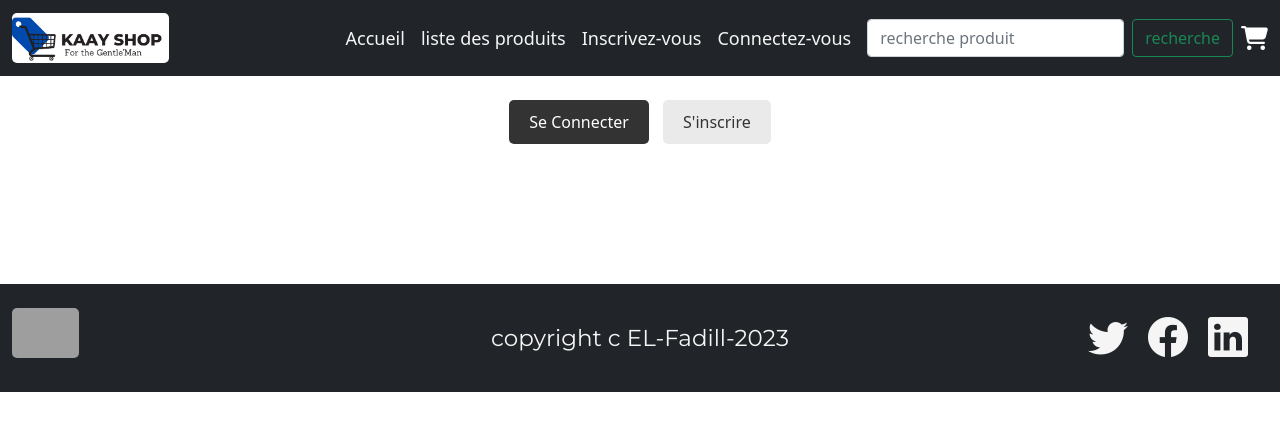
Repository: wadelfadill/Mini_projet_bootstrap_Site_vente_online
Page: registration.html
These files come from the project's save history. The page is drawn as it stood at one moment and after the next save; the edit follows.
The browser window is 1280 px wide. The pictures show the whole page.
Pictures or frames that could not be fetched are drawn as grey boxes. Some web libraries are served in a nearby version.

Above is the page before, as saved 2023-05-18 23:21:03.

### registration.html
<!DOCTYPE html>
<html lang="en">
<head>
    <!--======== Website icone =======-->
    <link rel="shortcut icon" href="assets/images/logo/cart-shopping-solid.svg" type="image/x-icon">
    <meta charset="UTF-8">
    <meta http-equiv="X-UA-Compatible" content="IE=edge">
    <meta name="viewport" content="width=device-width, initial-scale=1.0">
    <!--=========== Title of Website ============-->
    <title>KAAY-SHOP</title>

    <!--======== Bootstrap Links ===========-->
    <link href="https://cdn.jsdelivr.net/npm/bootstrap@5.1.3/dist/css/bootstrap.min.css" rel="stylesheet" integrity="sha384-1BmE4kWBq78iYhFldvKuhfTAU6auU8tT94WrHftjDbrCEXSU1oBoqyl2QvZ6jIW3" crossorigin="anonymous">
    <link rel="stylesheet" href="https://cdn.jsdelivr.net/npm/bootstrap-icons@1.10.5/font/bootstrap-icons.css">
    <!--========= CSS links ===============-->
    <link rel="stylesheet" href="assets/css/style.css">
    <link rel="stylesheet" href="assets/css/registration_style.css">
    <!--========= Google Fonts Links =========-->
    <link rel="preconnect" href="https://fonts.googleapis.com">
    <link rel="preconnect" href="https://fonts.gstatic.com" crossorigin>
    <link href="https://fonts.googleapis.com/css2?family=Montserrat:wght@400;700&family=Roboto:wght@100;400;700&display=swap" rel="stylesheet">
    <!--========== Google Font-Awesome Script  ==========-->
    <script src="https://kit.fontawesome.com/8f130c8a35.js" crossorigin="anonymous"></script>

</head>
<body>
    <!-- ========== Start Header Section ========== -->
    <header id="header">
        <nav class="navbar navbar-expand-lg navbar-dark bg-dark fixed-top">
            <div class="container-fluid">
              <a class="navbar-brand" href="#header"><img src="assets/images/logo/kAAY SHOP.png" alt="" class="img-fluid website_logo"></a>
              <button class="navbar-toggler" type="button" data-bs-toggle="collapse" data-bs-target="#navbarSupportedContent" aria-controls="navbarSupportedContent" aria-expanded="false" aria-label="Toggle navigation">
                <span class="navbar-toggler-icon"></span>
              </button>
              <div class="collapse navbar-collapse" id="navbarSupportedContent">
                <ul class="navbar-nav ms-auto mb-2 mb-lg-0 me-2">
                  <li class="nav-item">
                    <a class="nav-link active" aria-current="page" href="index.html">Accueil</a>
                  </li>
                  <li class="nav-item">
                    <a class="nav-link" href="list_product.html">liste des produits</a>
                  </li>
                  <li class="nav-item">
                    <a class="nav-link" href="registration.html">Inscrivez-vous</a>
                  </li>
                  <li class="nav-item">
                    <a class="nav-link" href="longin.html">Connectez-vous</a>
                  </li>
                </ul>
                <form class="d-flex">
                  <input class="form-control me-2" type="search" placeholder="recherche produit" aria-label="Search">
                  <button class="btn btn-outline-success" type="submit">recherche</button>
                </form>
                <div class="market-icone ms-2">
                    <i class="fa-solid fa-cart-shopping fa-xl" style="color: #ffffff;"></i>
                </div>
              </div>
            </div>
        </nav>
    </header>
    <!-- ========== End Header Section ========== -->
    <!--==================================================-->
   <!-- ========== Start Main ========== -->
   <main id="main">
  <div class="container">
    <div class="toggle-buttons">
      <button id="login-toggle" class="active">Se Connecter</button>
      <button id="register-toggle">S'inscrire</button>
    </div>
    <div id="login-form" class="form-container">
      <h2>Se Connecter</h2>
      <form id="login" class="d-flex flex-column gap-4 justify-content-center align-items-center">
        <input type="text" name="username" placeholder="Nom d'utilisteur" required>
        <input type="password" name="password" placeholder="Mot de Passe" required>
        <input type="submit" value="se connecter">
      </form>
    </div>
    <div id="register-form" class="form-container">
      <h2>S'inscrire</h2>
      <form id="register" class="d-flex flex-column gap-4 justify-content-center align-items-center">
        <input type="text" name="username" placeholder="Nom d'utilisateur" required>
        <input type="password" name="password" placeholder="Mot de Passe" required>
        <input type="email" name="email" placeholder="Adresse Mail" required>
        <input type="submit" value="s'inscrire">
      </form>
    </div>
  </div>

  <script src="assets/css/script.js"></script>
</body>
</html>

   </main>
   <!-- ========== End Main ========== -->
   <!--========================================================-->
   <!-- ========== Start Footer Section ========== -->
   <footer id="footer" class="bg-dark navbar-dark">
    <div class="container-fluid pt-4 pb-4">
        <div class="row gap-5 gap-md-0">
            <div class="col-md-4 text-center text-md-start">
                <div class="logo">
                    <img src="assets/images/logo/logo.jpg" alt="" class="img-fluid website_logo">
                </div>
            </div>
            <div class="col-md-4 text-center my-auto">
                <div class="copyright">
                    copyright c EL-Fadill-2023
                </div>
            </div>
            <div class="col-md-4 text-center text-md-end my-auto">
                <div class="icones d-flex flex-row align-items-center justify-content-center justify-content-md-end gap-5 gap-md-0">
                    <i class="bi bi-twitter"></i>
                    <i class="bi bi-facebook"></i>
                    <i class="bi bi-linkedin"></i>
                </div>
            </div>
        </div>
    </div>
   </footer>
   <!-- ========== End Footer Section ========== -->
   <!--=========================================================-->
    <!--======= Bootstrap Js Script ==========-->
    <script src="https://cdn.jsdelivr.net/npm/bootstrap@5.1.3/dist/js/bootstrap.bundle.min.js" integrity="sha384-ka7Sk0Gln4gmtz2MlQnikT1wXgYsOg+OMhuP+IlRH9sENBO0LRn5q+8nbTov4+1p" crossorigin="anonymous"></script>
</body>
</html>

### assets/css/style.css
/* ======= General ==========*/
*{
    margin: 0;
    padding: 0;
    box-sizing: border-box;
}
body{
    margin: 0;
    padding: 0;
}


/* ======= header section ========*/
.website_logo{
    height: 50px;
    border-radius: 5px;
}
nav ul li a{
    font-family: 'Monserrat' 'sans serif';
    font-size: 18px;
    font-weight: 400;
    color: whitesmoke !important;
}
main{
    /* height: 900px; */
}
#footer{
    font-size: 23px;
    color: whitesmoke;
    font-weight: 400;
    font-family: 'Montserrat';
}
#footer i{
    display: inline-block;
    font-size: 40px;
    padding-right: 20px;
    cursor: pointer;
}

### assets/css/registration_style.css
main{
    margin-top: 100px;
    margin-bottom: 120px;
}
.container {
    display: flex;
    flex-direction: column;
    align-items: center;
  }

  .toggle-buttons {
    margin-bottom: 20px;
  }

  .toggle-buttons button {
    padding: 10px 20px;
    margin: 0 5px;
    border: none;
    border-radius: 5px;
    background-color: #eaeaea;
    color: #333;
    cursor: pointer;
  }

  .toggle-buttons button.active {
    background-color: #333;
    color: #fff;
  }

  .form-container {
    display: none;
    text-align: center;
  }

  .form-container h2 {
    margin-bottom: 20px;
  }

  .form-container input[type="text"],
  .form-container input[type="password"],
  .form-container input[type="email"],
  .form-container input[type="submit"] {
    padding: 10px;
    margin-bottom: 10px;
    width: 250px;
    border: none;
    border-radius: 5px;
  }

  .form-container input[type="submit"] {
    background-color: #333;
    color: #fff;
    cursor: pointer;
  }

  .form-container.show {
    display: block;
  }

### assets/css/script.js
// Get DOM elements
const loginToggle = document.getElementById("login-toggle");
const registerToggle = document.getElementById("register-toggle");
const loginForm = document.getElementById("login-form");
const registerForm = document.getElementById("register-form");

// Add event listeners
loginToggle.addEventListener("click", showLoginForm);
registerToggle.addEventListener("click", showRegisterForm);

// Show login form and hide register form
function showLoginForm() {
  loginToggle.classList.add("active");
  registerToggle.classList.remove("active");
  loginForm.classList.add("show");
  registerForm.classList.remove("show");
}

// Show register form and hide login form
function showRegisterForm() {
  registerToggle.classList.add("active");
  loginToggle.classList.remove("active");
  registerForm.classList.add("show");
  loginForm.classList.remove("show");
}

After the next save:
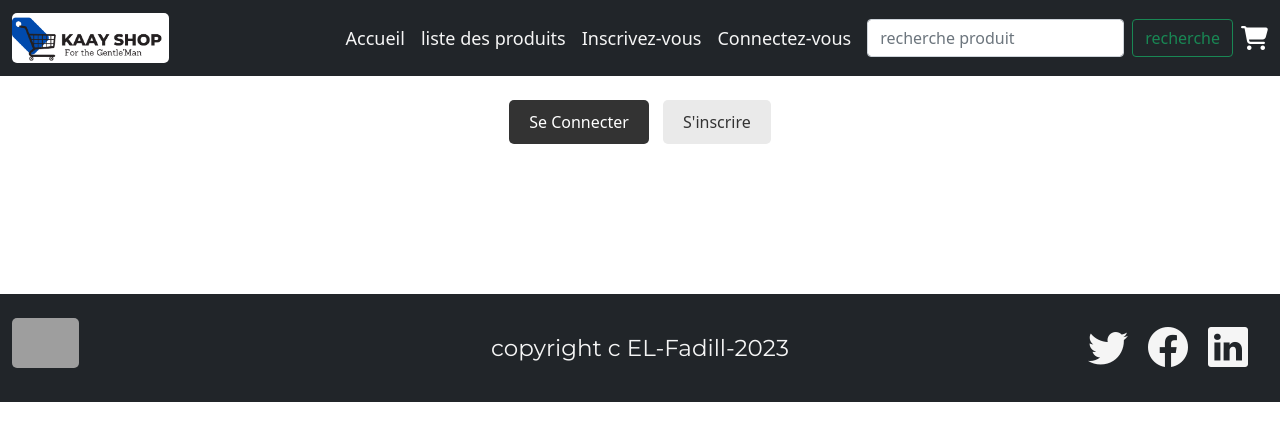
Saved 9 s later.
--- a/assets/css/registration_style.css
+++ b/assets/css/registration_style.css
@@ -1,6 +1,6 @@
 main{
     margin-top: 100px;
-    margin-bottom: 120px;
+    margin-bottom: 130px;
 }
 .container {
     display: flex;
